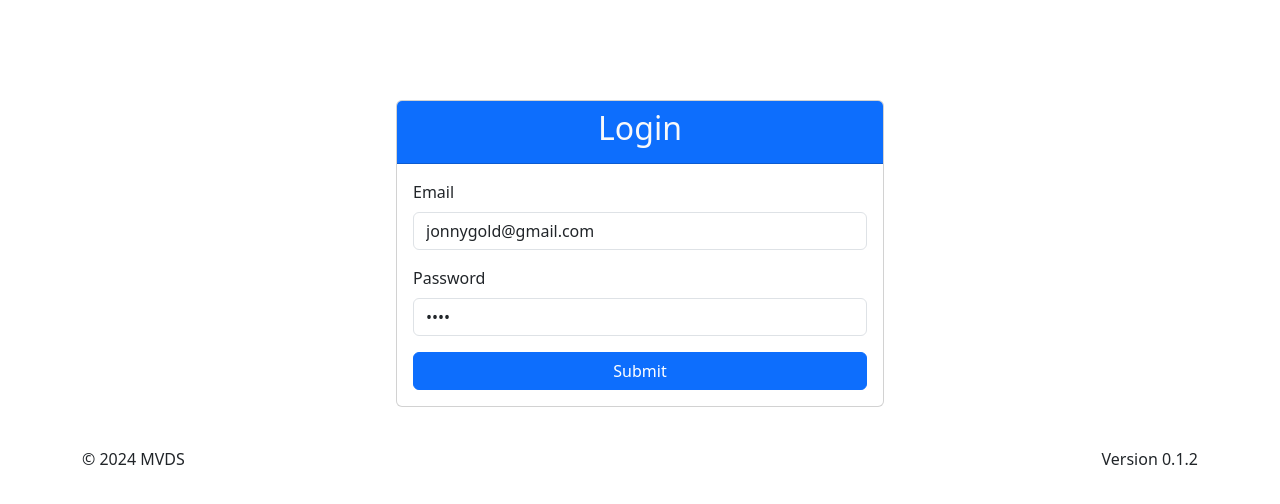
Repository: trider/react-task-manager
Page: /
An editor plug-in stored every save of this project. The page is shown before and after the next save, followed by the edit.
The browser window is 1280 px wide. The pictures show the whole page.
The project was rebuilt for these pictures with package versions that can differ from the ones it lists, and the page was loaded fresh each time. Also part of the build but not shown: src/App.css, src/components/Navigation.js, src/data/_Tasks.js, src/data/_Cols.js, src/pages/Task.js.

Above is the page before, as saved 2024-05-07 17:56:19.

### src/App.js
// import logo from './logo.svg';
import './App.css';
import 'bootstrap/dist/css/bootstrap.min.css';
// import { BrowserRouter, Routes, Route } from "react-router-dom";
import {HashRouter as Router, Routes, Route} from "react-router-dom";
import LoginForm from "./pages/Login";
import TaskList from "./pages/Task";

// const path = process.env.REACT_APP_FOR_PATH;

function App() {
  return (
    <div>
      <Router baseline="/">
        <Routes>
          <Route index element={<LoginForm />} />
            <Route path="login" element={<LoginForm />} />
            <Route path="tasks" element={<TaskList />} />
        </Routes>
      </Router>
    </div>
  );
}

export default App;

### src/pages/Login.js

import * as React from 'react';
import { Navigate } from "react-router-dom";
import { useState } from 'react';

import Button from 'react-bootstrap/Button';
import Container from 'react-bootstrap/Container';
import Form from 'react-bootstrap/Form';
import Card from 'react-bootstrap/Card';

import Users from '../data/_Users';
import Footer from '../components/Footer';




const FormBody = () => {

  const [email, setEmail] = useState("jonnygold@gmail.com");
  const [password, setPassword] = useState("1234");
  const [user, setUser] = useState();



  return (
    <div>
      {user && (
        <Navigate to="/tasks" replace={true} />
      )}

      <Form onSubmit={(e) => {
        const currUser = Users.filter((user) => user.email === email && user.password === password)[0];
        setUser(currUser);



      }}>
        <Form.Group className="mb-3" controlId="formBasicEmail">
          <Form.Label>Email</Form.Label>
          <Form.Control
            type="email"
            placeholder="Enter email"
            value={email}
            onChange={(e) => setEmail(e.target.value)}

          />
        </Form.Group>

        <Form.Group className="mb-3" controlId="formBasicPassword">
          <Form.Label>Password</Form.Label>
          <Form.Control
            type="password"
            placeholder="Password"
            value={password}
            onChange={(e) => setPassword(e.target.value)}


          />
        </Form.Group>
        <div className="d-grid gap-2">
          <Button variant="primary" type="submit" >Submit</Button>
        </div>
      </Form>
    </div>
  );

}



const LoginForm = () => {
  return (
    <div>
      <Container fluid className='container-lg' style={{ marginTop: '100px', width: '40%' }}>
        <Card className='card-sm'>
          <Card.Header className='bg-primary text-light text-center' >
            <h2>Login</h2>
          </Card.Header>
          <Card.Body>
            <FormBody />

          </Card.Body>
        </Card>

      </Container>
      <Footer />

    </div>





  );
}

export default LoginForm;

### src/data/_Users.js
const Users = [
 {
   id: "6630a7516e723ac1ea6dce75",
   email: "jonnygold@gmail.com",
   name: "Jonathan Gold",
   password: "1234",
   userName: "jonnygold",
   isActive: true,
   userId: 1,
   created: "2024-05-01T08:57:20.123Z",
   updated: "2024-05-01T08:57:20.123Z"

 },
 {
   id: "663203f0062b854f9356c434",
   email: "jongold@gmail.com",
   name: "Jon Gold",
   password: "1234",
   userName: "jongold",
   userId: 2,
   created: "2024-05-01T09:08:55.211Z",
   updated: "2024-05-01T09:08:55.211Z",
   isActive: true
 }
];

export default Users

### src/components/Footer.js
import * as React from 'react';
import Container from 'react-bootstrap/Container';
import Row from 'react-bootstrap/Row';
import Col from 'react-bootstrap/Col';


const Footer = () => {
  return (
    <footer style={{paddingTop:'10%'}} className='class="d-flex flex-wrap justify-content-between align-items-center py-3 my-4 border-top">'>
      <Container >
      <Row>
        <Col sm={10}>&copy; 2024 MVDS</Col>
        <Col style={{textAlign:"right"}}>Version 0.1.2</Col>
      </Row>
      </Container>
    </footer>
  );
}

export default Footer;

Loaded but not shown: public/index.html (common file); src/index.js (common file); src/index.css (common file); src/reportWebVitals.js (common file)

After the next save:
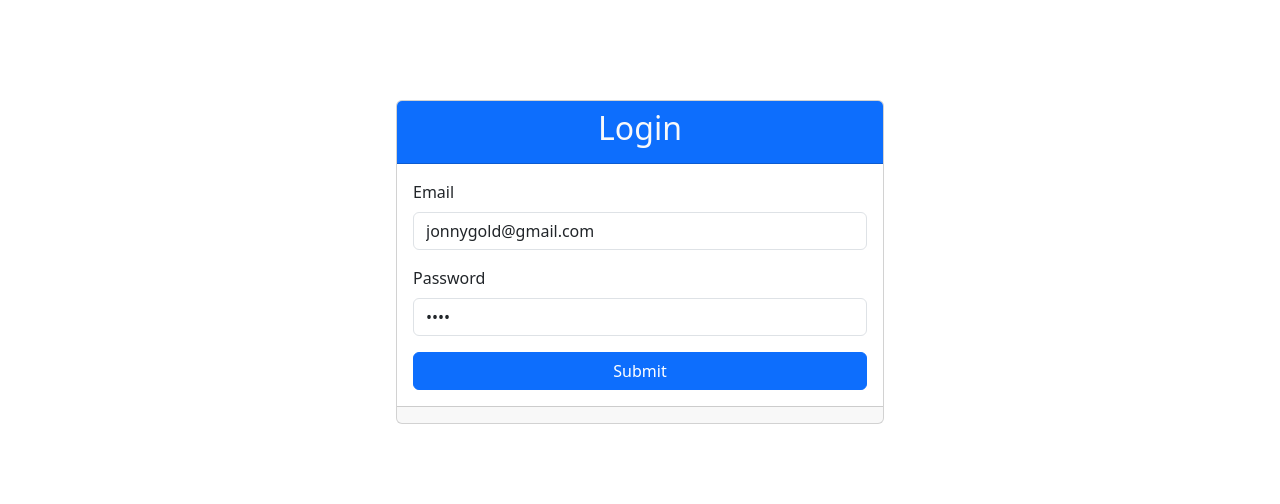
Saved 46 s later.
--- a/src/pages/Login.js
+++ b/src/pages/Login.js
@@ -80,10 +80,10 @@ const LoginForm = () => {
             <FormBody />
 
           </Card.Body>
+         <Card.Footer></Card.Footer>
         </Card>
 
       </Container>
-      <Footer />
 
     </div>
 
